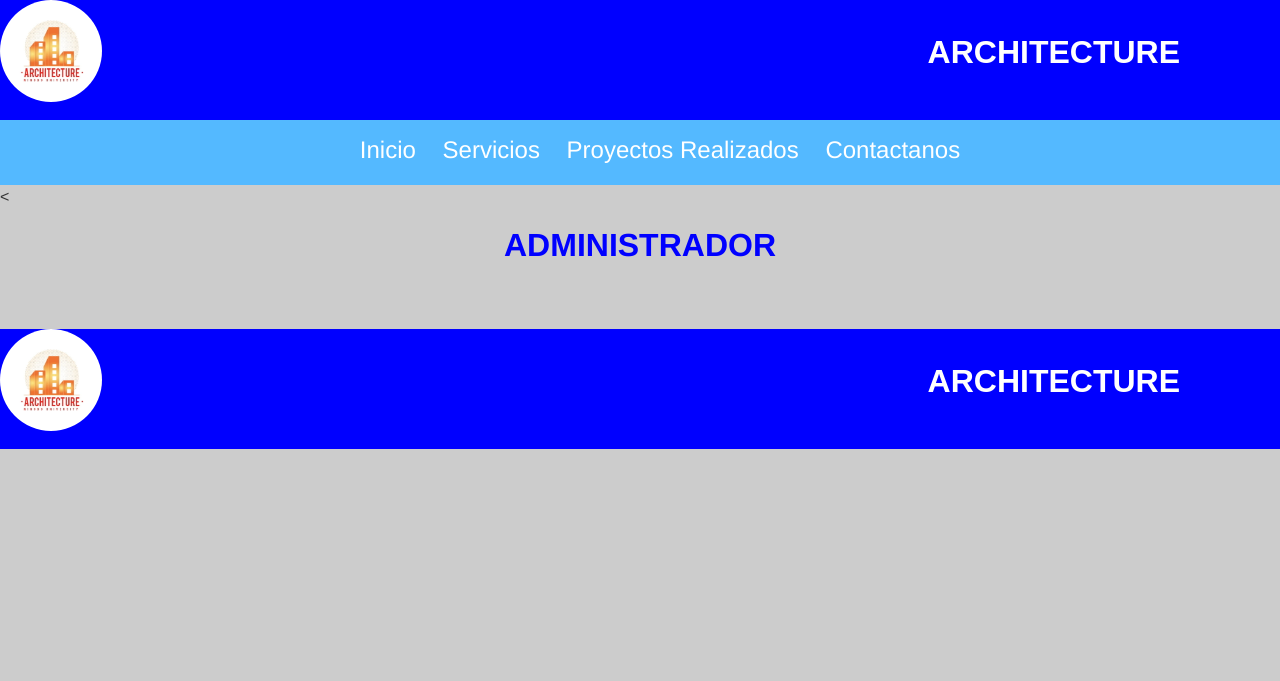
Repository: gabrielestrella18/htdocs
Page: http://localhost/arquitectos/login.php
The author's editor kept a copy of each file at every save. The page is drawn from the files as they stood at one save, then again after the next save.
The browser window is 1280 px wide. The pictures show the whole page.
The page is run by PHP 8.4 with error messages shown; the project is at /var/www/html/.

Above is the page before, as saved 2023-12-10 01:04:07.

### arquitectos/login.php
<!DOCTYPE html>
<html lang="en">
  <head>
    <title></title>
    <meta charset="UTF-8">
    <meta name="viewport" content="width=device-width, initial-scale=1">
    <link href="estilo.css" rel="stylesheet">
  </head>
  <body>

<?php

include  "arriba.php"
?>

<?php
include "menu.php"
?>
<
<br><br>

<h4 class="welcome">ADMINISTRADOR</h4>

<br><br><br>




<?php
include "abajo.php"
?>


  </body>
</html>

### arquitectos/arriba.php
<div class="azul">
  <img  class="lg"src="imagenes/arch.jpg" alt="">

  <h1>ARCHITECTURE</h1>
</div>

### arquitectos/menu.php
<div class="menu">
<div class="menuOpciones">
            <a href="index.php">Inicio</a>
            <a href="servicios.php">Servicios</a>
            <a href="proyectos.php">Proyectos Realizados</a>
            <a href="contactos.php">Contactanos</a>
            </div>

</div>

### arquitectos/abajo.php

<div class="azul">
  <img  class="lg"src="imagenes/arch.jpg" alt="">

  <h1>ARCHITECTURE</h1>
</div>

### arquitectos/estilo.css
* {
    box-sizing: border-box;
    margin: 0;
    padding: 0;
}

body {
    font-family: helvetica;
    font-size: 16px;
    line-height: 24px;
    color: #333;
    background-color: #cccccc;
    max-width: 1400px;
}

.azul {
    background-color: blue;
    padding-bottom: 120px;
}

.lg {
    float: left;
    width: 8%;
    height: 8%;
    border-radius: 80px;
}

h1 {
    color: white;
    float: right;
    font-family: sans-serif;
    text-align: end;
    padding-top: 40px;
    padding-right: 100px;
}

.menu {
    border: 1px #54b9ff solid;
    background-color: #54b9ff;
    height: 65px;
}

.menuOpciones {
    padding-top: 12px;
    text-align: center;
    margin-top: 5px;
    padding-left: 40px;
    font-size: x-large;
}

.menuOpciones a {
    text-decoration: none;
    color: white;
    padding: 10px;
}

.menuOpciones a:hover {
    color: #373b39;
    background-color: #0afc83;
    padding-top: 16px;
    padding-bottom: 21px;
}

.contenedor_fondo {
    width: 1350px;
    height: 600px;
    margin: auto;
    background-image: url(imagenes/fondoarq.jpg);
    background-repeat: no-repeat;
    background-size: cover;
}

.textofoto {
    color: rgb(7, 2, 2);
    margin: auto;
    text-align: center;
    line-height: 35px;
    padding-top: 200px;
    font-size: x-large;
}

.video {
    text-align: center;
    background-color: #373b39;
    border-radius: 100px;
    width: 700px;
    margin: auto;
    padding-top: 40px;
    padding-bottom: 40px;
}

.botoncito {
    text-align: center;
}

.boton1 {
    color: #ece80f;
    background-color: #ce1111;
    padding-top: 20px;
    padding-bottom: 20px;
    padding-left: 10px;
    padding-right: 10px;
    border-radius: 20px;
    text-decoration: none;
}

h3 {
    text-align: center;
}

.serv {
    background-color: #ece80f;
    padding-top: 20px;
    padding-bottom: 20px;
    padding-left: 10px;
    padding-right: 10px;
    border-radius: 20px;
}

.ser {
    padding-left: 450px;
    padding-right: 450px;
}

p {
    font-weight: 400px;
    font-size: xx-large;
}

.text {
    text-align: center;
}

.caja1 {
    float: left;
    padding-left: 150px;
    padding-top: 60px;
}

.caja2 {
    float: right
}

.plan {
    width: 70%;
    height: 70%;
}

.rojo {
    color: rgb(255, 0, 0);
    font-weight: 800;
}

.text {
    color: black;
    font-size: large;
}

.caja3 {
    float: right;
    padding-right: 200px;
    padding-top: 120px;
}

.caja4 {
    float: left;
}

.co {
    padding-left: 100px;
    width: 600px;
    height: 320px;
}

.caja5 {
    float: left;
    padding-left: 150px;
    padding-top: 60px;
}

.caja6 {
    float: right;
    padding-right: 200px;
}

.re {
    width: 450px;
    height: 300px;
}

.display {
    display: inline-block;
    width: 1350px;
}

.mira {
    text-align: center;
    display: inline-block;
    width: 700px;
}

.ubica {
    display: inline-block;
    width: 600px;
    text-align: center;
    padding-left: 150px;
}

.ubi {
    width: 600px;
    height: 300px;
}

.boton2 {
    color: #ece80f;
    background-color: #ce1111;
    padding-top: 20px;
    padding-bottom: 20px;
    padding-left: 10px;
    padding-right: 10px;
    border-radius: 20px;
    text-decoration: none;
}

.rapi {
    color: rgb(243, 243, 248);
    font-family: 'Franklin Gothic Medium';
    font-size: large;
    background-color: rgb(68, 67, 66);
    border-radius: 20px;
    padding-top: 10px;
    padding-bottom: 10px;
    display: inline-block;
    padding-left: 10px;
    padding-right: 10px;
}

.cuadrado {
    border: 4px #eaeaea solid;
    background-color: #eaeaea;
    padding: 6px 50px;
}

.campos {
    border-radius: 20px;
    border: 1px #999 solid;
    padding: 7px;
    width: 400px;
    /* para que se separen */
    margin-left: 20px;
}

.boton3 {
    padding: 5px 10px;
    margin-left: 35px;
    color: #f0dbdb;
    background-color: #ff5454;
    border-radius: 20px;
    padding-top: 18px;
    padding-bottom: 18px;
    padding-left: 20px;
    padding-right: 20px;
}

.boton3:hover {
    background-color: #38065a;
    color: white;
}

.boton4 {
    padding: 5px 10px;
    background-color: aqua;
    border-radius: 20px;
    padding-top: 18px;
    padding-bottom: 18px;
    padding-left: 20px;
    padding-right: 20px;
}

.boton4:hover {
    background-color: #aaff0b;
    color: white;
}

.centro {
    text-align: center;
}

.contenedor2 {
    width: 1350px;
    height: 700px;
    margin: auto;
    background-image: url(imagenes/muchos.gif);
    background-repeat: no-repeat;
    background-size: cover;
}

h4 {
    color: blue;
    text-align: center;
    font-size: xx-large;
}

After the next save:
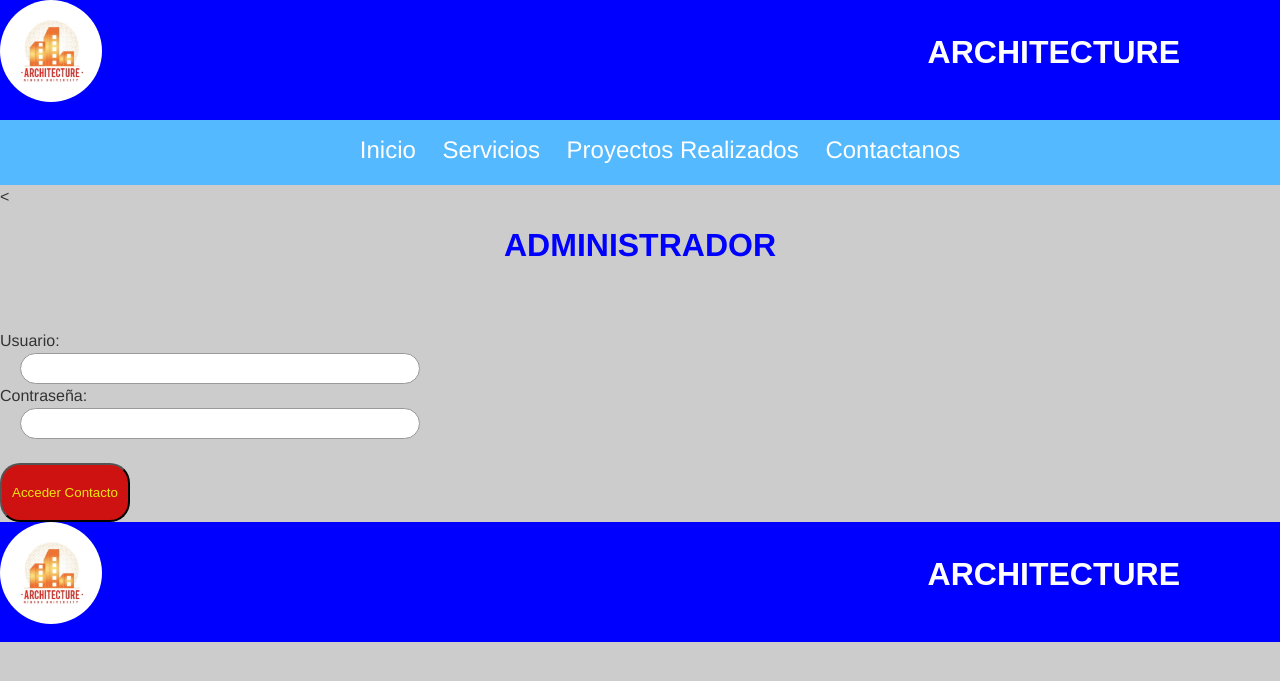
Saved 3 min 30 s later.
--- a/arquitectos/login.php
+++ b/arquitectos/login.php
@@ -23,7 +23,15 @@ include "menu.php"
 
 <br><br><br>
 
-
+<form action="autenticar.php" method="post">
+          <div class="cont"><label>Usuario:</label></div>
+          <input type="text" name="usuario" id="usu" class="campos" required ><br>
+          <div class="cont"><label>Contraseña:</label></div>
+          <input type="password" name="contrasena" id="contra" class="campos" required >
+          <br><br>
+          <button class="boton2" type="submit" id="Acceder" href="inicio.php">Acceder Contacto</button>
+        </form>
+      </div>
 
 
 <?php
